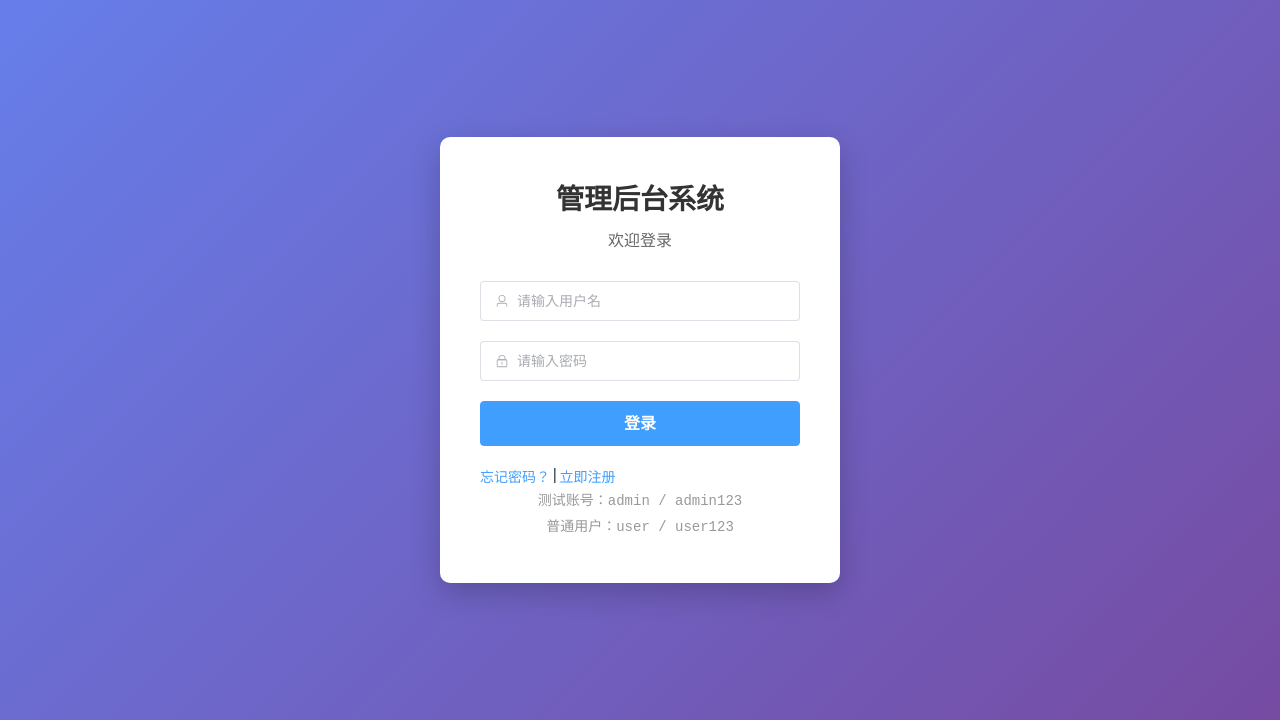
Repository: HaoFan-Fy/vue-PracticalTraining2025.6
Page: /
The author's editor kept a copy of each file at every save. The page is drawn from the files as they stood at one save, then again after the next save.
The browser window is 1280 px wide. The pictures show the whole page.
The project was rebuilt for these pictures with package versions that can differ from the ones it lists, and the page was loaded fresh each time. Also part of the build but not shown: vite.config.js, src/components/Aside.vue, src/components/Header.vue, src/components/Layout.vue, src/components/MenuTree.vue, src/views/Home.vue, src/views/Register.vue.

Above is the page before, as saved 2025-06-10 15:44:35.

After the next save:
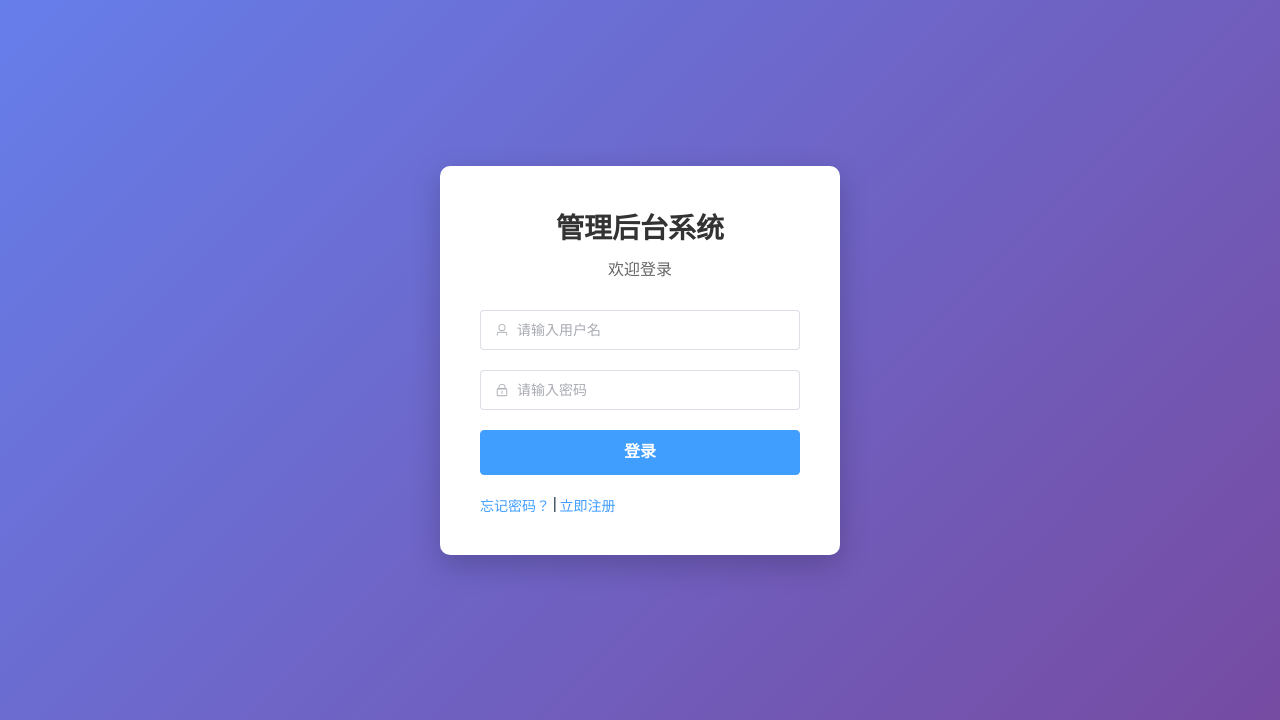
Saved 5 min 34 s later.
--- a/src/views/Login.vue
+++ b/src/views/Login.vue
@@ -54,10 +54,10 @@
         </div>
       </div>
 
-      <div class="login-footer">
+      <!-- <div class="login-footer">
         <p>测试账号：admin / admin123</p>
         <p>普通用户：user / user123</p>
-      </div>
+      </div> -->
     </div>
   </div>
 </template>
